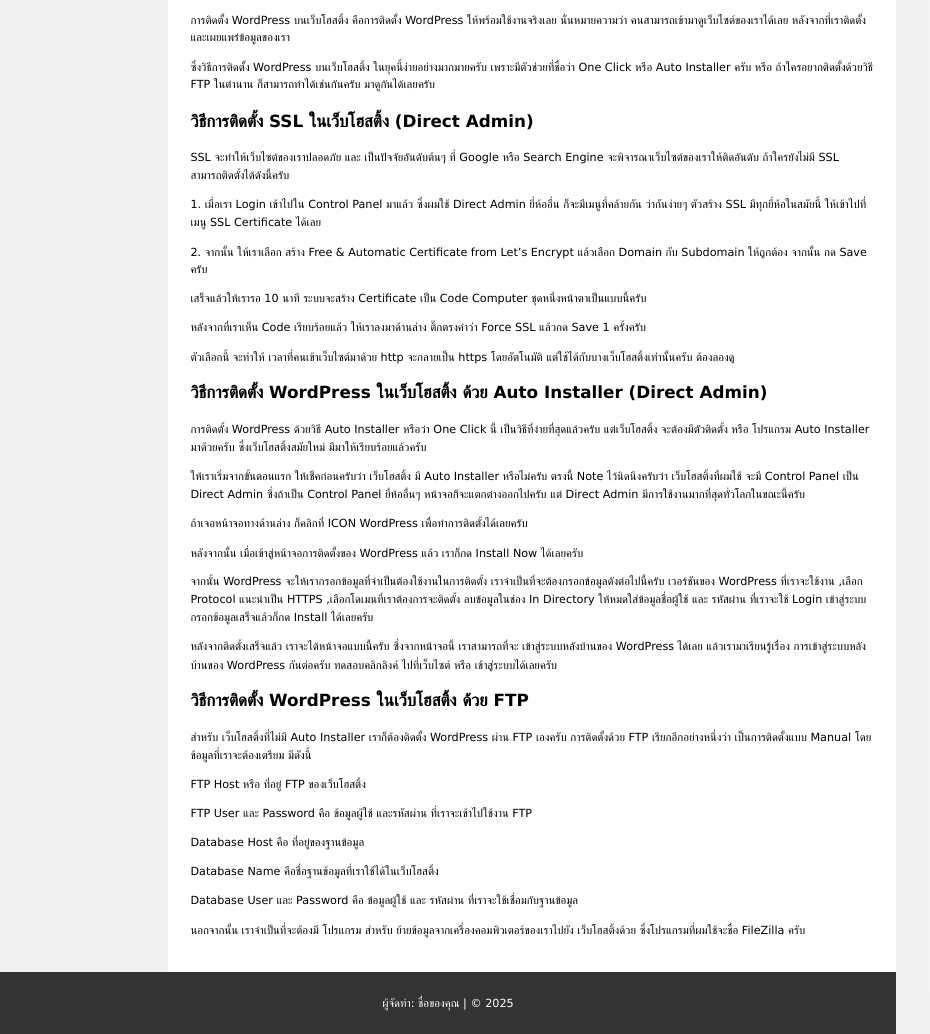
Repository: staggil/thesis
Page: lessons/intro.html
These files come from the project's save history. The page is drawn as it stood at one moment and after the next save; the edit follows.
The browser window is 1280 px wide. The page is 1328 px wide, so the pictures cover 1328 px, including what lies to the right of the window. The pictures show the part of the page from y = 1850 to 3690 px (the page is 3327 px tall before and 3690 px after), at 70% of full size.
The page's requests for data from a server got no answer.

Above is the page before, as saved 2025-12-16 06:23:37.

### lessons/intro.html
<!DOCTYPE html>
<html lang="th">
<head>
    <meta charset="UTF-8">
    <meta name="viewport" content="width=device-width, initial-scale=1.0">
    <title>บทเรียน Intro</title>
    <link rel="stylesheet" href="/style.css">
    <script src="/script.js" defer></script>
</head>
<body data-sidebar="/components/sidebar.html">

    <!-- header -->
    <div id="header-placeholder"></div>



   <div id="sidebar-placeholder"></div>
<div class="layout">
    <!-- content -->
    <main id="main-content">
        <h1>บทเรียน Intro</h1>
        <p>WordPress เป็นเครื่องมือที่ทรงพลังอย่างมากในการทำเว็บไซต์ ข้อพิสูจน์ก็คือ
            จากจำนวนเว็บไซต์บนโลกทั้งหมด มีเว็บที่ทำด้วย WordPress มากถึง 30%
            แต่ในเมืองไทยข้อมูลเรื่องการใช้งาน WordPress ยังกระจัดกระจายอยู่มาก
            นั่นเป็นที่มาที่ทำให้เกิดการรวบรวมวิธีการใช้ WordPress ทำเว็บไซต์ขั้นพื้นฐาน
            ฉบับภาษาไทยทั้งหมดแล้วครับ</p>
            <p>WordPress คือระบบจัดการเนื้อหา (CMS) สำหรับสร้างและบริหารจัดการเว็บไซต์</p>

            <h1>WordPress คืออะไร</h1>
            <p>WordPress คือระบบจัดการเนื้อหาเว็บไซต์ (CMS) แบบ Open Source ใช้งานฟรี</p>
            <p>WordPress ใช้สำหรับสร้างและจัดการเว็บไซต์</p>
            <p>WordPress ช่วยให้สร้างเว็บไซต์ได้โดยไม่ต้องเขียนโค้ด</p>
            <p>WordPress ใช้ธีมในการกำหนดรูปแบบเว็บไซต์</p>
            <p>WordPress ใช้ปลั๊กอินในการเพิ่มความสามารถ</p>
            <p>WordPress ใช้จัดการเนื้อหา เช่น บทความ หน้าเว็บ รูปภาพ และเมนู</p>
            <p>WordPress มีระบบหลังบ้านสำหรับควบคุมเว็บไซต์</p>

            <h1>WordPress คือ อะไร แล้วทำไม เราต้องใช้ WordPress ?</h1>
            <p>WordPress ที่เรากำลังพูดถึง คือ ซอฟท์แวร์ หรือ โปรแกรม ที่เราเอาไว้สำหรับ ใช้สร้างเว็บไซต์ครับ
                ซึ่ง Software ตัวนี้ เป็น ซอฟท์แวร์ แบบเปิดรหัส ที่เรียกว่า Open Source และมีลิขสิทธิ์แบบ GPL
                เราจึง สามารถนำ WordPress มาใช้ ทำเว็บไซต์ ได้ฟรีครับ ซึ่งเราสามารถ Download
                 เจ้าโปรแกรม WordPress ได้จากเว็บไซต์ WordPress.org ครับ</p>
            <p>สาเหตุ ที่นักพัฒนาเว็บไซต์ หลายคนหันมาใช้งาน WordPress ก็เพราะว่า WordPress ได้รับความนิยมมากขึ้นเรื่อยๆ
                ตั้งแต่ออกเวอร์ชันแรกเมื่อปี 2003 เป็นต้นมา ในระยะแรก WordPress เป็นเพียง Blogging Software
                สำหรับเอาไว้เขียนบทความ หรือ บล็อกส่วนตัวเท่านั้น แต่ในปัจจุบัน WordPress มีจำนวนผู้ใช้งานเพิ่มขึ้นเป็นจำนวนมาก
                 จนพัฒนาเปลี่ยนแปลงจาก Blogging Software มาเป็น CMS หรือ Content Management System หรือ ในภาษาไทย
                  เราเรียกว่า เครื่องมือบริหาร จัดการ เนื้อหาบนเว็บไซต์นั่นเอง</p>
            <p>
                ปัจจุบัน WordPress ไม่เพียงแต่สามารถบริหารจัดการ เนื้อหา บนเว็บไซต์ได้เท่านั้น แต่ยังเป็นเครื่องมือ สำหรับ การออกแบบเว็บไซต์ให้สวยงาม
                 ตลอดจน การนำไป ทำเว็บขายของออนไลน์ ด้วย ซอฟท์แวร์เสริม หรือ Plugin Woocommerce ได้อีกด้วย
            </p>

            <h1>ความสับสนระหว่าง WordPress.com และ WordPress.org</h1>
            <p>เวลาที่เราค้นหาข้อมูล แล้วได้ยินคนพูดถึง WordPress เราอาจจะเจอ เว็บไซต์ 2 เว็บ นั่นก็คือ WordPress.com และ WordPress.org
                นั่นเอง ซึ่ง 2 เว็บไซต์ นี้แตกต่างกันอย่างสิ้นเชิงครับ ผมสรุปให้แบบนี้ครับ</p>
            <p>WordPress.com เป็น Platform เว็บสำเร็จรูป ไม่ต้องติดตั้งเอง สมัครและใช้งานได้เลยโดยข้อมูลเก็บที่ WordPress.com แต่จะโดนจำกัด Plugins และ Themes
                ไม่สามารถติดตั้งได้ อิสระ และมีค่าบริการรายปี</p>
            <p>เป็น Software Open Source ที่ต้องต้องติดตั้งเองโดยข้อมูลเก็บที่เว็บโฮสติ้งของเราที่เราติดตั้ง สามารถติดตั้ง Plugins และ Themes ได้อิสระ
                แต่มีมีค่าบริการโดเมนและเว็บโฮสติ้ง รายปี
            </p>

            <p>ก่อนที่เราจะสร้างเว็บไซต์ ด้วย WordPress ได้ เราต้องรู้จักคำว่า โดเมน และ เว็บโฮสติ้งก่อนครับ ซึ่งการที่เว็บไซต์ของเรา จะออนไลน์ได้
            เราจะเป็นที่จะต้องมี โดเมน และ เว็บโฮสติ้งครับ วิธีการที่เราจะได้มาคือ เราต้องไปเช่ากับผู้ให้บริการเว็บโฮสติ้ง แต่ก็ยังมีอีกวิธีนึง ถ้าเราต้องการลองเล่น
             WordPress ดูเราสามารถที่จะติดตั้ง WordPress บนเครื่องตัวเองก็ได้เช่นกัน</p>

             <h2>โดเมน คืออะไร ?</h2>
             <p>โดเมน คือที่อยู่ของเว็บไซต์ที่ผู้ใช้พิมพ์ในเว็บเบราว์เซอร์เพื่อเข้าเว็บไซต์ โดยทั่วไปโดเมนจะประกอบด้วยชื่อและนามสกุลโดเมน <br>
                 (เช่น .com, .net, หรือ .org)</p>
             <p>ตัวอย่าง www.example.com</p>

             <h2>เว็บโฮสติ้ง คืออะไร ?</h2>
             <p>เว็บโฮสติ้ง คือบริการที่ช่วยให้บุคคลหรือองค์กรสามารถเผยแพร่เว็บไซต์หรือหน้าเว็บบนอินเทอร์เน็ตได้
                ผู้ให้บริการเว็บโฮสติ้งจะจัดเตรียมเทคโนโลยีและพื้นที่บนเซิร์ฟเวอร์เพื่อให้เว็บไซต์เข้าถึงได้ออนไลน์</p>

            <h1>การติดตั้ง WordPress</h1>
            <h2>วิธีที่ 1 ติดตั้ง WordPress บนเว็บโฮสติ้ง ทำอย่างไร ?</h2>
            <p>การติดตั้ง WordPress บนเว็บโฮสติ้ง คือการติดตั้ง WordPress ให้พร้อมใช้งานจริงเลย
                นั่นหมายความว่า คนสามารถเข้ามาดูเว็บไซต์ของเราได้เลย หลังจากที่เราติดตั้งและเผยแพร่ข้อมูลของเรา</p>
            <p>ซึ่งวิธีการติดตั้ง WordPress บนเว็บโฮสติ้ง ในยุคนี้ง่ายอย่างมากมายครับ เพราะมีตัวช่วยที่ชื่อว่า One Click
                หรือ Auto Installer ครับ หรือ ถ้าใครอยากติดตั้งด้วยวิธี FTP ในตำนาน ก็สามารถทำได้เช่นกันครับ มาดูกันได้เลยครับ</p>
            <h2>วิธีการติดตั้ง SSL ในเว็บโฮสติ้ง (Direct Admin)</h2>
            <p>SSL จะทำให้เว็บไซต์ของเราปลอดภัย และ เป็นปัจจัยอันดับต้นๆ ที่ Google หรือ Search Engine จะพิจารณาเว็บไซต์ของเราให้ติดอันดับ
                 ถ้าใครยังไม่มี SSL สามารถติดตั้งได้ดังนี้ครับ</p>
            <p>1. เมื่อเรา Login เข้าไปใน Control Panel มาแล้ว ซึ่งผมใช้ Direct Admin ยี่ห้ออื่น ก็จะมีเมนูที่คล้ายกัน ว่ากันง่ายๆ
                ตัวสร้าง SSL มีทุกยี่ห้อในสมัยนี้ ให้เข้าไปที่เมนู SSL Certificate ได้เลย</p>
            <p>2. จากนั้น ให้เราเลือก สร้าง Free & Automatic Certificate from Let’s Encrypt
                แล้วเลือก Domain กับ Subdomain ให้ถูกต้อง จากนั้น กด Save ครับ</p>
            <p>เสร็จแล้วให้เรารอ 10 นาที ระบบจะสร้าง Certificate เป็น Code Computer ชุดหนึ่งหน้าตาเป็นแบบนี้ครับ</p>
            <p>หลังจากที่เราเห็น Code เรียบร้อยแล้ว ให้เราลงมาด้านล่าง ติ๊กตรงคำว่า Force SSL แล้วกด Save 1 ครั้งครับ</p>
            <p>ตัวเลือกนี้ จะทำให้ เวลาที่คนเข้าเว็บไซต์มาด้วย http จะกลายเป็น https โดยอัตโนมัติ แต่ใช้ได้กับบางเว็บโฮสติ้งเท่านั้นครับ ต้องลองดู</p>

            <h2>วิธีการติดตั้ง WordPress ในเว็บโฮสติ้ง ด้วย Auto Installer (Direct Admin)</h2>
            <p>การติดตั้ง WordPress ด้วยวิธี Auto Installer หรือว่า One Click นี้ เป็นวิธีที่ง่ายที่สุดแล้วครับ
                แต่เว็บโฮสติ้ง จะต้องมีตัวติดตั้ง หรือ โปรแกรม Auto Installer มาด้วยครับ ซึ่งเว็บโฮสติ้งสมัยใหม่ มีมาให้เรียบร้อยแล้วครับ</p>
            <p>ให้เราเริ่มจากขั้นตอนแรก ให้เช็คก่อนครับว่า เว็บโฮสติ้ง มี Auto Installer หรือไม่ครับ ตรงนี้ Note ไว้นิดนึงครับว่า เว็บโฮสติ้งที่ผมใช้
                 จะมี Control Panel เป็น Direct Admin ซึ่งถ้าเป็น Control Panel ยี่ห้ออื่นๆ หน้าจอก็จะแตกต่างออกไปครับ แต่ Direct Admin
                  มีการใช้งานมากที่สุดทั่วโลกในขณะนี้ครับ</p>
            <p>ถ้าเจอหน้าจอทางด้านล่าง ก็คลิกที่ ICON WordPress เพื่อทำการติดตั้งได้เลยครับ</p>
            <p>หลังจากนั้น เมื่อเข้าสู่หน้าจอการติดตั้งของ WordPress แล้ว เราก็กด Install Now ได้เลยครับ</p>
            <p>จากนั้น WordPress จะให้เรากรอกข้อมูลที่จำเป็นต้องใช้งานในการติดตั้ง เราจำเป็นที่จะต้องกรอกข้อมูลดังต่อไปนี้ครับ
                เวอร์ชันของ WordPress ที่เราจะใช้งาน ,เลือก Protocol แนะนำเป็น HTTPS ,เลือกโดเมนที่เราต้องการจะติดตั้ง
                ลบข้อมูลในช่อง In Directory ให้หมดใส่ข้อมูลชื่อผู้ใช้ และ รหัสผ่าน ที่เราจะใช้ Login เข้าสู่ระบบ
                กรอกข้อมูลเสร็จแล้วก็กด Install ได้เลยครับ</p>
           <p>หลังจากติดตั้งเสร็จแล้ว เราจะได้หน้าจอแบบนี้ครับ ซึ่งจากหน้าจอนี้
            เราสามารถที่จะ เข้าสู่ระบบหลังบ้านของ WordPress ได้เลย แล้วเรามาเรียนรู้เรื่อง การเข้าสู่ระบบหลังบ้านของ WordPress กันต่อครับ
            ทดสอบคลิกลิงค์ ไปที่เว็บไซต์ หรือ เข้าสู่ระบบได้เลยครับ</p>

            <h2>วิธีการติดตั้ง WordPress ในเว็บโฮสติ้ง ด้วย FTP </h2>
            <p>สำหรับ เว็บโฮสติ้งที่ไม่มี Auto Installer เราก็ต้องติดตั้ง WordPress ผ่าน FTP เองครับ
                การติดตั้งด้วย FTP เรียกอีกอย่างหนึ่งว่า เป็นการติดตั้งแบบ Manual โดยข้อมูลที่เราจะต้องเตรียม มีดังนี้</p>
            <p>FTP Host หรือ ที่อยู่ FTP ของเว็บโฮสติ้ง</p>
            <p>FTP User และ Password คือ ข้อมูลผู้ใช้ และรหัสผ่าน ที่เราจะเข้าไปใช้งาน FTP</p>
            <p>Database Host คือ ที่อยู่ของฐานข้อมูล</p>
            <p>Database Name คือชื่อฐานข้อมูลที่เราใช้ได้ในเว็บโฮสติ้ง</p>
            <p>Database User และ Password คือ ข้อมูลผู้ใช้ และ รหัสผ่าน ที่เราจะใช้เชื่อมกับฐานข้อมูล</p>
            <p>นอกจากนั้น เราจำเป็นที่จะต้องมี โปรแกรม สำหรับ ย้ายข้อมูลจากเครื่องคอมพิวเตอร์ของเราไปยัง เว็บโฮสติ้งด้วย ซึ่งโปรแกรมที่ผมใช้จะชื่อ FileZilla ครับ</p>

    </main>
</div>

    <!-- footer -->
    <div id="footer-placeholder"></div>

</body>
</html>

### style.css
body {
    margin: 0;
    font-family: Verdana, Arial, sans-serif;
    box-sizing: border-box;
    background-color: #f1f1f1;
    line-height: 1.6;
    overflow-x: hidden;
}


#header-placeholder {
    background-color: #04AA6D;
    color: white;
    padding: 16px 24px;
    font-size: 24px;
    font-weight: bold;
     position: sticky;  /* หรือ fixed ก็ได้ */
    top: 0;            /* ติดด้านบน */
    z-index: 1000;     /* อยู่เหนือ content */
    width: 100%;       /* เต็มความกว้างหน้าจอ */
}

.navbar ul {
    list-style: none;
    display: flex;
    gap: 15px;
    padding: 0;
    margin: 0;
}

.navbar ul li a {
    color: white;
    text-decoration: none;
}

/* =========================
   Sidebar
   ========================= */
.layout {

    max-width: 100%;  /* ขยายเต็มหน้าจอ */
    margin: 0;         /* ไม่มี margin */
}

#sidebar {
     position: fixed;
    top: 64px;
    left: 0;
    width: 220px;
    height: 100vh;       /* สูงเต็มหน้าจอ */
    overflow-y: auto;    /* scroll ภายใน sidebar */
    background-color: #e7e9eb;
    padding: 16px;
    z-index: 10;

}

#sidebar ul {
    list-style: none;
    padding: 0;
}

#sidebar ul li {
    margin-bottom: 10px;
}

#sidebar ul li a {
    text-decoration: none;
    color: #333;
    display: block;
    padding: 8px;
    border-radius: 4px;
    transition: background 0.3s;
}

#sidebar ul li a:hover {
    background-color: #ddd;
}

/* =========================
   Main Content
   ========================= */
#main-content {
    flex: 1;  /* ขยายเต็มที่ตามพื้นที่ layout */
    background-color: #fff;
    padding: 32px;

    margin-left: 240px;


}

/* กรณีหน้า index.html ไม่มี sidebar */
body.index #main-content {
    margin-left: 0;
    max-width: 700px;        /* กว้างเท่ากับหน้าที่มี sidebar */
    margin: 0 auto;          /* จัด content กลางหน้า */
}

/* =========================
   Footer
   ========================= */
footer {
    background-color: #333;
    color: white;
    text-align: center;
    padding: 15px;
    position: relative;
    z-index: 100; /* สูงกว่า sidebar */
}

@media screen and (max-width: 768px) {
    .layout {
        flex-direction: column;
    }

    #sidebar {
        width: 100%;
        height: auto;
        position: relative;
    }

    #main-content {
        max-width: 100%;
        padding: 15px;
    }
}


/* =========================
   Empty sidebar
   ========================= */
#sidebar.empty-sidebar {
    background-color: #fff;   /* สีเดียวกับ container */
           /* คง padding เดิมถ้าอยากให้ layoutเหมือนหน้าที่มี sidebar */
    /* อย่าแก้ width หรือ float */
}

/* หน้า login ให้ layout อยู่กลางและสวยขึ้น */
body.login-page #main-content {
    max-width: 400px;       /* กว้างแค่พอ form */
    margin: 50px auto;      /* จัดกลางแนวนอนและเว้นบน */
    padding: 20px;
    background-color: #fff; /* เหมือน container */
    border-radius: 8px;
    box-shadow: 0 0 10px rgba(0,0,0,0.1);
}



/* หน้า register ให้ layout อยู่กลางเหมือน login */
body.register-page #main-content {
    max-width: 400px;          /* กว้างพอ form */
    margin: 50px auto;         /* จัดกลางหน้า */
    padding: 20px;
    background-color: #fff;    /* เหมือน container */
    border-radius: 8px;
    box-shadow: 0 0 10px rgba(0,0,0,0.1);
}

### script.js
function loadComponent(filePath, elementId) {
    if (!filePath) return;
    const el = document.getElementById(elementId);
    if (!el) {
        console.error(`ไม่พบ element id="${elementId}"`);
        return;
    }
    fetch(filePath)
        .then(response => {
            if (!response.ok) throw new Error("ไม่พบไฟล์ " + filePath);
            return response.text();
        })
        .then(data => {
            el.innerHTML = data;

            // หลังโหลด header ให้ตรวจสอบ session
            if (elementId === "header-placeholder") {
                updateHeaderLoginStatus();
            }
        })
        .catch(error => console.error(error));
}

// ฟังก์ชันตรวจสอบ login
function updateHeaderLoginStatus() {
    fetch("/me")
        .then(res => res.json())
        .then(user => {
            if (user.username) {
                // login แล้ว
                document.querySelectorAll(".login-only").forEach(el => el.style.display = "none");
                document.querySelectorAll(".user-only").forEach(el => el.style.display = "block");
                document.getElementById("username-display").textContent = user.fullname;

                // เพิ่ม listener logout
                const logoutLink = document.getElementById("logout-link");
                if (logoutLink) {
                    logoutLink.addEventListener("click", async (e) => {
                        e.preventDefault();
                        await fetch("/logout", { method: "POST" });
                        updateHeaderLoginStatus(); // รีเฟรชเมนู
                        window.location.href = "/login.html";
                    });
                }

            } else {
                // ยังไม่ได้ login
                document.querySelectorAll(".login-only").forEach(el => el.style.display = "block");
                document.querySelectorAll(".user-only").forEach(el => el.style.display = "none");
            }
        })
        .catch(err => console.error(err));
}

document.addEventListener("DOMContentLoaded", function() {
    loadComponent("/components/header.html", "header-placeholder");
    loadComponent("/components/footer.html", "footer-placeholder");

    const sidebarFile = document.body.getAttribute("data-sidebar");
    loadComponent(sidebarFile, "sidebar-placeholder");

    // ตรวจสอบ exercise links หลังจากโหลด header เสร็จ
    const checkExerciseLinks = () => {
        const exerciseLinks = document.querySelectorAll("a[href^='/exercises/']");
        exerciseLinks.forEach(link => {
            link.addEventListener("click", async (e) => {
                e.preventDefault();
                const res = await fetch("/me");
                const user = await res.json();
                if (!user.username) {
                    const goLogin = confirm("คุณต้อง login ก่อนเข้าแบบฝึกหัด\nไปหน้า Login ตอนนี้หรือไม่?");
                    if (goLogin) window.location.href = "/login.html";
                } else {
                    window.location.href = link.href;
                }
            });
        });
    };

    // รอ header โหลดเสร็จแล้วค่อย bind
    const headerInterval = setInterval(() => {
        if (document.getElementById("header-placeholder").children.length > 0) {
            clearInterval(headerInterval);
            checkExerciseLinks();
        }
    }, 50);
});

### components/header.html
<header>
   <nav class="navbar">
        <ul id="nav-items">
            <li><a href="/index.html">หน้าแรก</a></li>
            <li><a href="/lessons/intro.html">WordPress</a></li>
            <li><a href="/examples/draw-rect.html">ตัวอย่าง</a></li>
            <li><a href="/exercises/exercise1.html">แบบฝึกหัด</a></li>
            <li><a href="/about/about.html">เกี่ยวกับ</a></li>
            <li class="login-only"><a href="/register.html">ลงทะเบียน</a></li>
            <li class="login-only"><a href="/login.html">ล็อกอิน</a></li>
            <li class="user-only"><span id="username-display"></span></li>
            <li class="user-only"><a href="#" id="logout-link">ออกจากระบบ</a></li>
        </ul>
    </nav>
</header>

### components/footer.html
<footer>
    <p>ผู้จัดทำ: ชื่อของคุณ | © 2025</p>
</footer>

### components/sidebar.html
<aside id="sidebar">
    <ul>
        <li><a href="/lessons/intro.html">แนะนำ</a></li>
        <li><a href="/lessons/basic.html">พื้นฐาน</a></li>
        <li><a href="/lessons/js-basic.html">JavaScript เบื้องต้น</a></li>
        <li><a href="/lessons/canvas.html">Canvas</a></li>
        <li><a href="/lessons/game1.html">เกมตัวอย่าง</a></li>
    </ul>
</aside>

After the next save:
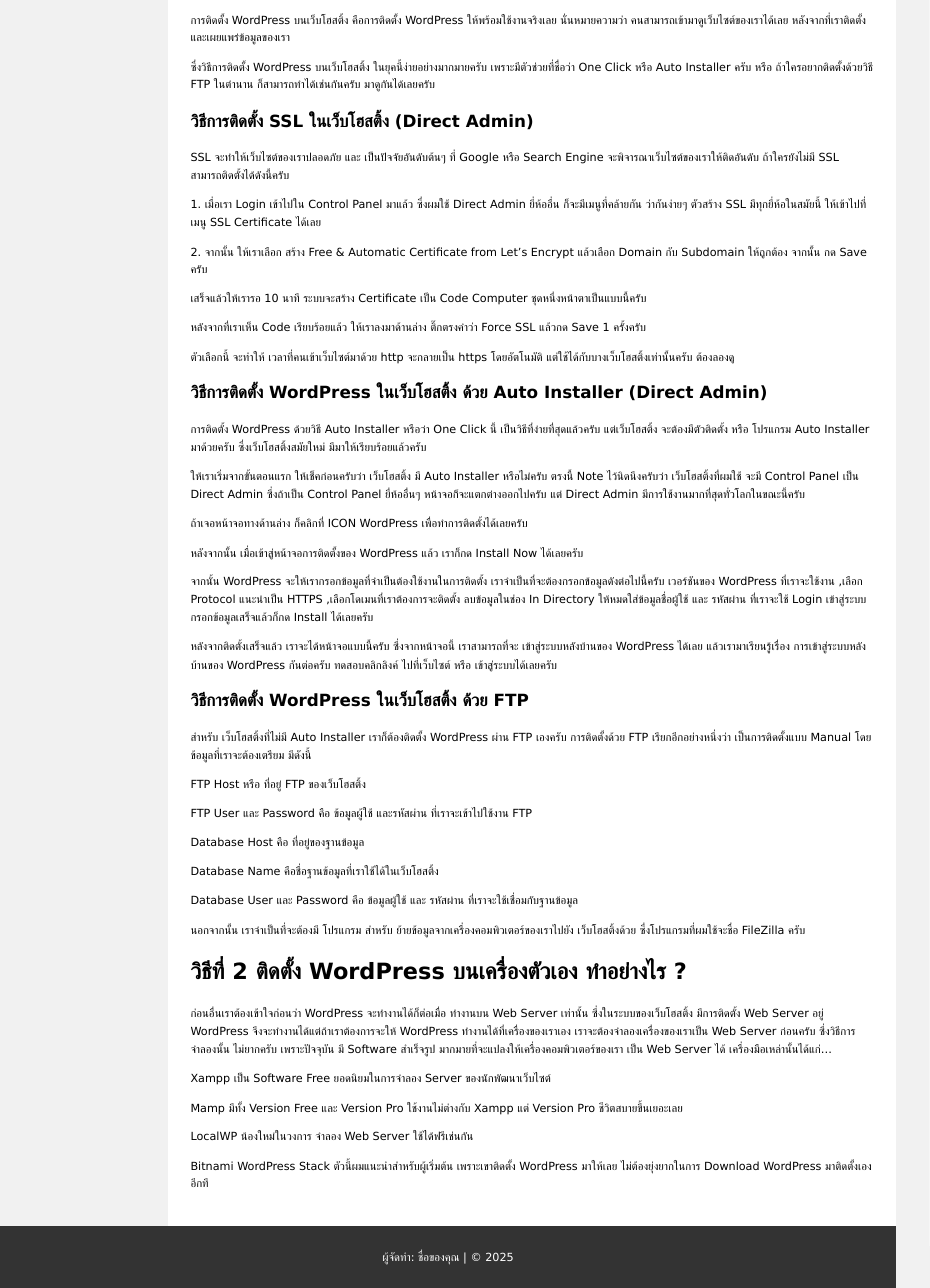
Saved 2 min 4 s later.
--- a/lessons/intro.html
+++ b/lessons/intro.html
@@ -115,6 +115,15 @@
             <p>Database User และ Password คือ ข้อมูลผู้ใช้ และ รหัสผ่าน ที่เราจะใช้เชื่อมกับฐานข้อมูล</p>
             <p>นอกจากนั้น เราจำเป็นที่จะต้องมี โปรแกรม สำหรับ ย้ายข้อมูลจากเครื่องคอมพิวเตอร์ของเราไปยัง เว็บโฮสติ้งด้วย ซึ่งโปรแกรมที่ผมใช้จะชื่อ FileZilla ครับ</p>
 
+            <h1>วิธีที่ 2 ติดตั้ง WordPress บนเครื่องตัวเอง ทำอย่างไร ?</h1>
+            <p>ก่อนอื่นเราต้องเข้าใจก่อนว่า WordPress จะทำงานได้ก็ต่อเมื่อ ทำงานบน Web Server เท่านั้น ซึ่งในระบบของเว็บโฮสติ้ง มีการติดตั้ง Web Server อยู่
+                 WordPress จึงจะทำงานได้แต่ถ้าเราต้องการจะให้ WordPress ทำงานได้ที่เครื่องของเราเอง เราจะต้องจำลองเครื่องของเราเป็น Web Server ก่อนครับ
+                ซึ่งวิธีการจำลองนั้น ไม่ยากครับ เพราะปัจจุบัน มี Software สำเร็จรูป มากมายที่จะแปลงให้เครื่องคอมพิวเตอร์ของเรา เป็น Web Server ได้
+                เครื่องมือเหล่านั้นได้แก่…</p>
+            <p>Xampp เป็น Software Free ยอดนิยมในการจำลอง Server ของนักพัฒนาเว็บไซต์</p>
+            <p>Mamp มีทั้ง Version Free และ Version Pro ใช้งานไม่ต่างกับ Xampp แต่ Version Pro ชีวิตสบายขึ้นเยอะเลย</p>
+            <p>LocalWP น้องใหม่ในวงการ จำลอง Web Server ใช้ได้ฟรีเช่นกัน</p>
+            <p>Bitnami WordPress Stack ตัวนี้ผมแนะนำสำหรับผู้เริ่มต้น เพราะเขาติดตั้ง WordPress มาให้เลย ไม่ต้องยุ่งยากในการ Download WordPress มาติดตั้งเองอีกที</p>
     </main>
 </div>
 
